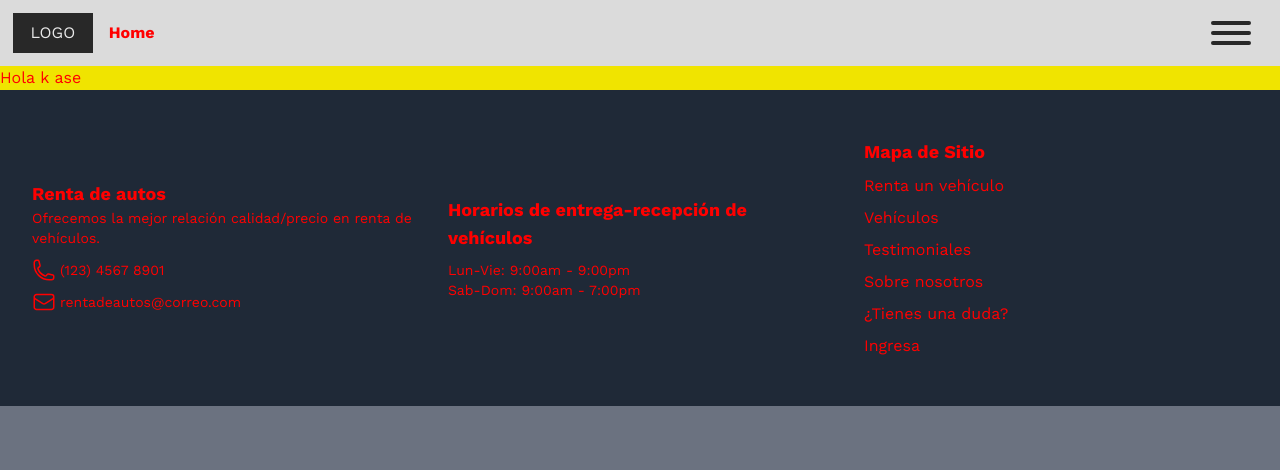
Repository: aldovelacasas/PF_RentCar2
Page: /
An editor plug-in stored every save of this project. The page is shown before and after the next save, followed by the edit.
The browser window is 1280 px wide. The pictures show the whole page.
The project was rebuilt for these pictures with package versions that can differ from the ones it lists, and the page was loaded fresh each time. The framework's server and built-in components were replaced by stand-ins that run in the browser. Also part of the build but not shown: next.config.js.

Above is the page before, as saved 2023-08-30 09:50:40.

### src/app/layout.jsx
import "./globals.css";
import Navbar from "@/components/Navbar/Navbar";
import Footer from "@/components/footer";
import { Inter } from "next/font/google";

const inter = Inter({ subsets: ["latin"] });

export const metadata = {
  title: "Create Next App",
  description: "Generated by create next app",
};

export default function RootLayout({ children }) {
  return (
    <html lang="en">
      <body className={inter.className}>
        <Navbar />
        <div className="">{children}</div>
        <Footer />
      </body>
    </html>
  );
}

### src/app/page.jsx
function HomePage() {
  return (
    <div className="bg-amarillo_status">
      <p>Hola k ase</p>
    </div>
  );
}

export default HomePage;

### src/app/globals.css
@tailwind base;
@tailwind components;
@tailwind utilities;

body {
   @apply bg-gray-500; /* Fondo más claro */
   color: gray-800; /* Texto oscuro */
}

### src/components/NavBar/Navbar.jsx
"use client";

import Link from "next/link";
// import Image from "next/image";
import React, { useState } from "react";
// import Logo from "./Logo";
import NavItem from "./NavItem";
import "./nav.css";

const MENU_LIST = [
  { text: "Home", href: "/" },
  { text: "About", href: "/about" },
  { text: "Vehiculos", href: "/" },
  { text: "Testimoniales", href: "/" },
  { text: "Contáctanos", href: "/" },
  { text: "Ingresar", href: "/" },
];
const Navbar = () => {
  const [navActive, setNavActive] = useState(null);
  const [activeIdx, setActiveIdx] = useState(-1);

  return (
    <>
      <nav className={`nav navBar`}>
        <div className="boxLogo">
          <Link href="/about">
            <h1 className="logo">LOGO</h1>
          </Link>
          <div className="HomeLogo">
            <Link href="/">
              <span className="nav__item">Home</span>
            </Link>
          </div>
        </div>

        <div
          onClick={() => setNavActive(!navActive)}
          className={`nav__menu-bar`}>
          <div></div>
          <div></div>
          <div></div>
        </div>
        <div className={`${navActive ? "active" : ""} nav__menu-list`}>
          {MENU_LIST.map((menu, idx) => (
            <div
              onClick={() => {
                setActiveIdx(idx);
                setNavActive(false);
              }}
              key={menu.text}
              className={menu.text === "Home" ? "HomeMenu" : ""}>
              <NavItem
                active={activeIdx === idx}
                className={menu.text === "Home" ? "HomeMenu" : ""}
                {...menu}
              />
            </div>
          ))}
        </div>
      </nav>
    </>
  );
};

export default Navbar;

### src/components/footer.jsx
"use client";
import Link from "next/link";

function Footer() {
  return (
    <div className="bg-gray-800 text-white py-8 flex flex-col sm:flex-row justify-between items-center p-4 font-poppins">
      <div className="sm:w-1/3 p-4">
        <h3 className="text-lg font-semibold">Renta de autos</h3>
        <p className="text-sm">
          Ofrecemos la mejor relación calidad/precio en renta de vehículos.
        </p>
        <div className="flex items-center text-sm mt-2">
          <svg
            xmlns="http://www.w3.org/2000/svg"
            fill="none"
            viewBox="0 0 24 24"
            strokeWidth={1.5}
            stroke="currentColor"
            className="w-6 h-6">
            <path
              strokeLinecap="round"
              strokeLinejoin="round"
              d="M2.25 6.75c0 8.284 6.716 15 15 15h2.25a2.25 2.25 0 002.25-2.25v-1.372c0-.516-.351-.966-.852-1.091l-4.423-1.106c-.44-.11-.902.055-1.173.417l-.97 1.293c-.282.376-.769.542-1.21.38a12.035 12.035 0 01-7.143-7.143c-.162-.441.004-.928.38-1.21l1.293-.97c.363-.271.527-.734.417-1.173L6.963 3.102a1.125 1.125 0 00-1.091-.852H4.5A2.25 2.25 0 002.25 4.5v2.25z"
            />
          </svg>

          <span className="m-1">(123) 4567 8901</span>
        </div>
        <div className="flex items-center text-sm mt-1">
          <svg
            xmlns="http://www.w3.org/2000/svg"
            fill="none"
            viewBox="0 0 24 24"
            strokeWidth={1.5}
            stroke="currentColor"
            className="w-6 h-6">
            <path
              strokeLinecap="round"
              strokeLinejoin="round"
              d="M21.75 6.75v10.5a2.25 2.25 0 01-2.25 2.25h-15a2.25 2.25 0 01-2.25-2.25V6.75m19.5 0A2.25 2.25 0 0019.5 4.5h-15a2.25 2.25 0 00-2.25 2.25m19.5 0v.243a2.25 2.25 0 01-1.07 1.916l-7.5 4.615a2.25 2.25 0 01-2.36 0L3.32 8.91a2.25 2.25 0 01-1.07-1.916V6.75"
            />
          </svg>

          <span className="m-1"> rentadeautos@correo.com</span>
        </div>
      </div>
      <div className="sm:w-1/3 p-4 mt-4 sm:mt-0">
        <h4 className="text-lg font-semibold">
          Horarios de entrega-recepción de vehículos
        </h4>
        <p className="text-sm mt-2">
          Lun-Vie: 9:00am - 9:00pm
          <br />
          Sab-Dom: 9:00am - 7:00pm
        </p>
      </div>
      <div className="sm:w-1/3 p-4 mt-4 sm:mt-0 w-full">
        <h2 className="text-lg font-semibold">Mapa de Sitio</h2>
        <ul className="mt-2 space-y-2 sm:ml-0 sm:pl-0">
          <li className="text-red">
            <Link href="/rent" className="hover:font-bold">
              Renta un vehículo
            </Link>
          </li>
          <li>
            <Link href="/cars" className="hover:font-bold">
              Vehículos
            </Link>
          </li>
          <li>
            <Link href="/testimoniales" className="hover:font-bold">
              Testimoniales
            </Link>
          </li>
          <li>
            <Link href="/about" className="hover:font-bold">
              Sobre nosotros
            </Link>
          </li>
          <li>
            <Link href="/contact" className="hover:font-bold">
              ¿Tienes una duda?
            </Link>
          </li>
          <li>
            <Link href="/signin" className="hover:font-bold">
              Ingresa
            </Link>
          </li>
        </ul>
      </div>
    </div>
  );
}

export default Footer;

### src/components/NavBar/NavItem.jsx
import Link from "next/link";
const NavItem = ({ text, href, active }) => {
  const className =
    text === "Home"
      ? "nav__item HomeMenu"
      : `nav__item ${active ? "active" : ""}`;
  return (
    <Link href={href}>
      <span className={className}>{text}</span>
    </Link>
  );
};

export default NavItem;

### src/components/NavBar/nav.css
@import url("https://fonts.googleapis.com/css2?family=Work+Sans:wght@400;500;700&display=swap");
@import url("https://fonts.googleapis.com/css2?family=Rubik:wght@500&display=swap");
* {
  margin: 0;
  padding: 0;
  outline: none;
  box-sizing: border-box;
  font-family: "Work Sans", sans-serif;
}
a {
  text-decoration: none;
  color: inherit;
}
.navBar {
  position: sticky;
  z-index: 30;
  top: 0;
}
nav {
  font-family: "Rubik", sans-serif;
  display: flex;
  justify-content: space-between;
  align-items: center;
  background-color: #dbdbdb;
  color: #282828;
  padding: 2%;
}

.logo {
  background-color: #282828;
  color: #e9e9e9;
  width: 80px;
  text-align: center;
  padding: 0.5rem;
  font-size: 1rem;
}

.nav__menu-bar {
  display: flex;
  flex-direction: column;
  row-gap: 6px;
  cursor: pointer;
}
.nav__menu-bar div {
  width: 40px;
  height: 4px;
  background-color: #282828;
  margin-right: 1rem;
  border-radius: 2px;
}
.nav__menu-list {
  display: flex;
  flex-direction: column;
  position: fixed;
  top: 70px;
  width: 220px;
  row-gap: 24px;
  right: -300px;
  padding: 24px 16px;
  margin-top: 0rem;
  transition: all 0.2s;
  min-height: calc(100vh - 60px);
  font-size: 1rem;
  background-color: #f1f1f1;
}
.nav__menu-list.active {
  right: 0;
  top: 53px;
}
.nav__menu-list span {
  font-weight: 600;
  transition: all 0.3s;
}

.nav__menu-list span:hover {
  /* font-weight: bold; */
  color: #ea4f39;
}
.boxLogo {
  display: flex;
  align-items: center;
  gap: 1rem;
}

.HomeLogo {
  font-size: 1rem;
  font-weight: 600;
  transition: 0.3s;
}

.HomeLogo:hover {
  color: #ea4f39;
}
.center {
  min-height: 600px;
  display: flex;
  justify-content: center;
  align-items: center;
}

.HomeMenu {
  display: none;
}

@media (min-width: 50em) {
  *{color:red}
  nav{
    padding:1%;
  }
  .HomeMenu {
    display: block;
  }
  /* nav {
    padding: 3%;
  }
  .HomeMenu {
    display: block;
  }
  .nav__menu-list {
    background-color: #dbdbdb;
  }
  .HomeLogo {
    display: none;
    font-size: 2rem;
  }
  .logo {
    background-color: #282828;
    color: #e9e9e9;
    width: 150px;
    text-align: center;
    padding: 1.5rem;
    font-size: 1.5rem;
  }
  .nav__menu-bar {
    display: none;
  }
  .nav__menu-list {
    position: unset;

    flex-direction: row;
    min-height: fit-content;
    width: fit-content;
    column-gap: 24px;
    align-items: center;
  }
  .nav__link::before {
    content: "";
    position: absolute;
    width: 0%;
    height: 6px;
    bottom: -16px;
    left: 0;
    background-color: black;

    transition: all 0.2s;
  }

  .nav__link:hover:before {
    width: 100%;
  } */
}

### tailwind.config.js
/** @type {import('tailwindcss').Config} */
module.exports = {
  content: [
    "./src/pages/**/*.{js,ts,jsx,tsx,mdx}",
    "./src/components/**/*.{js,ts,jsx,tsx,mdx}",
    "./src/app/**/*.{js,ts,jsx,tsx,mdx}",
  ],
  theme: {
    extend: {
      backgroundImage: {
        "gradient-radial": "radial-gradient(var(--tw-gradient-stops))",
        "gradient-conic":
          "conic-gradient(from 180deg at 50% 50%, var(--tw-gradient-stops))",
      },
      colors: {
        gris_fondo: "#dbdbdb",
        gris_frente: "#e9e9e9",
        negro_fondo: "#282828",
        naranja_enf: "#ea4f39",
        rojo_status: "#e30613",
        verde_status: "#4aaf4d",
        amarillo_status: "#f0e400",
      },
    },
  },
  plugins: [],
};

After the next save:
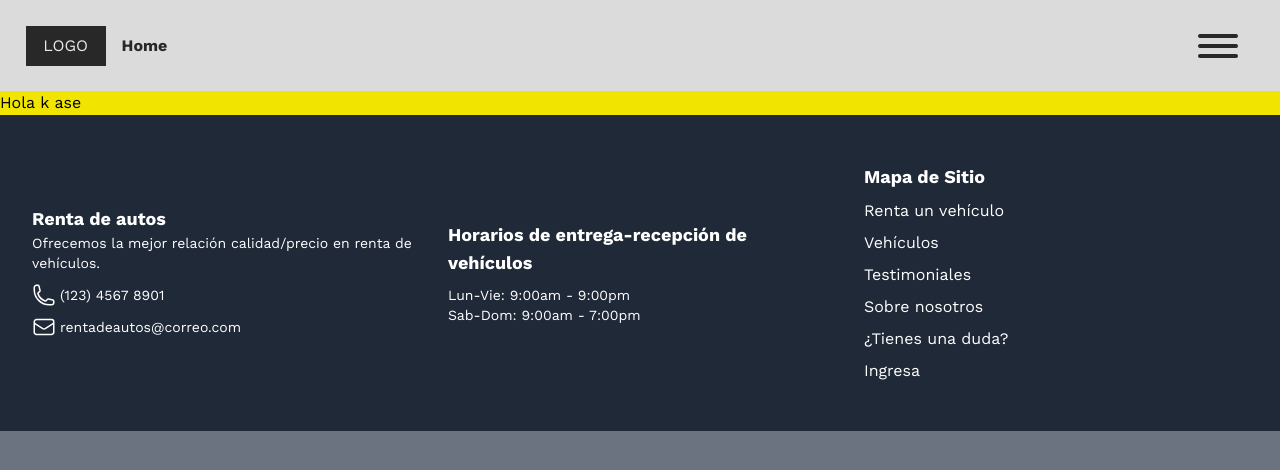
Saved 18 s later.
--- a/src/components/NavBar/nav.css
+++ b/src/components/NavBar/nav.css
@@ -102,7 +102,7 @@ nav {
   display: none;
 }
 
-@media (min-width: 50em) {
+@media (max-width: 20em) {
   *{color:red}
   nav{
     padding:1%;
